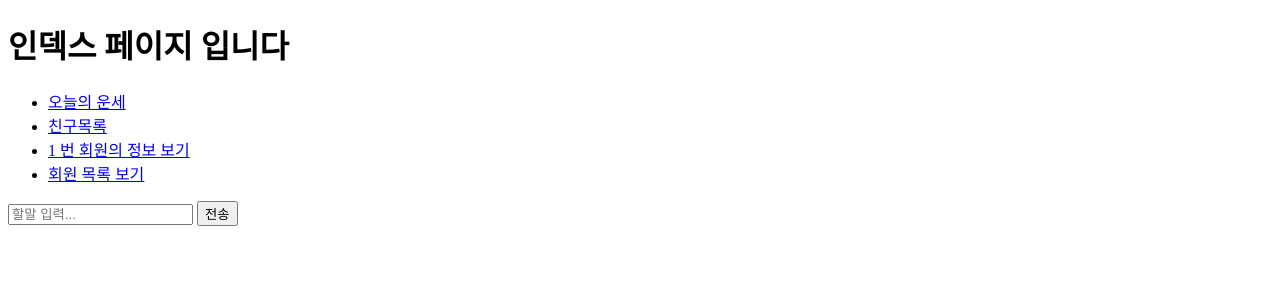
Repository: raehui/web_work
Page: Step01Servlet/src/main/webapp/index.html
The author's editor kept a copy of each file at every save. The page is drawn from the files as they stood at one save, then again after the next save.
The browser window is 1280 px wide. The pictures show the whole page.

Above is the page before, as saved 2025-01-03 07:50:22.

After the next save:
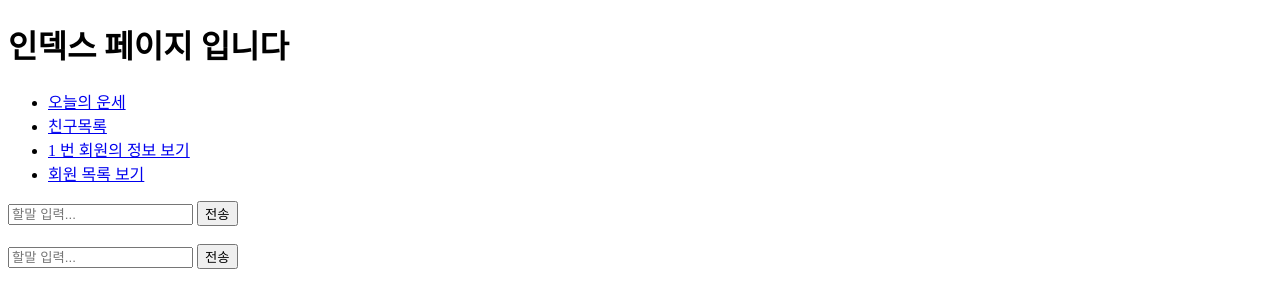
Saved 24 s later.
--- a/Step01Servlet/src/main/webapp/index.html
+++ b/Step01Servlet/src/main/webapp/index.html
@@ -18,6 +18,12 @@
 			<input type="text" name="msg" placeholder="할말 입력...">
 			<button type="submit">전송</button>
 		</form>
+
+		<br>
+		<form action="send" method=post">
+			<input type="text" name="msg" placeholder="할말 입력...">
+			<button type="submit">전송</button>
+		</form>
 	</div>
 </body>
 </html>
